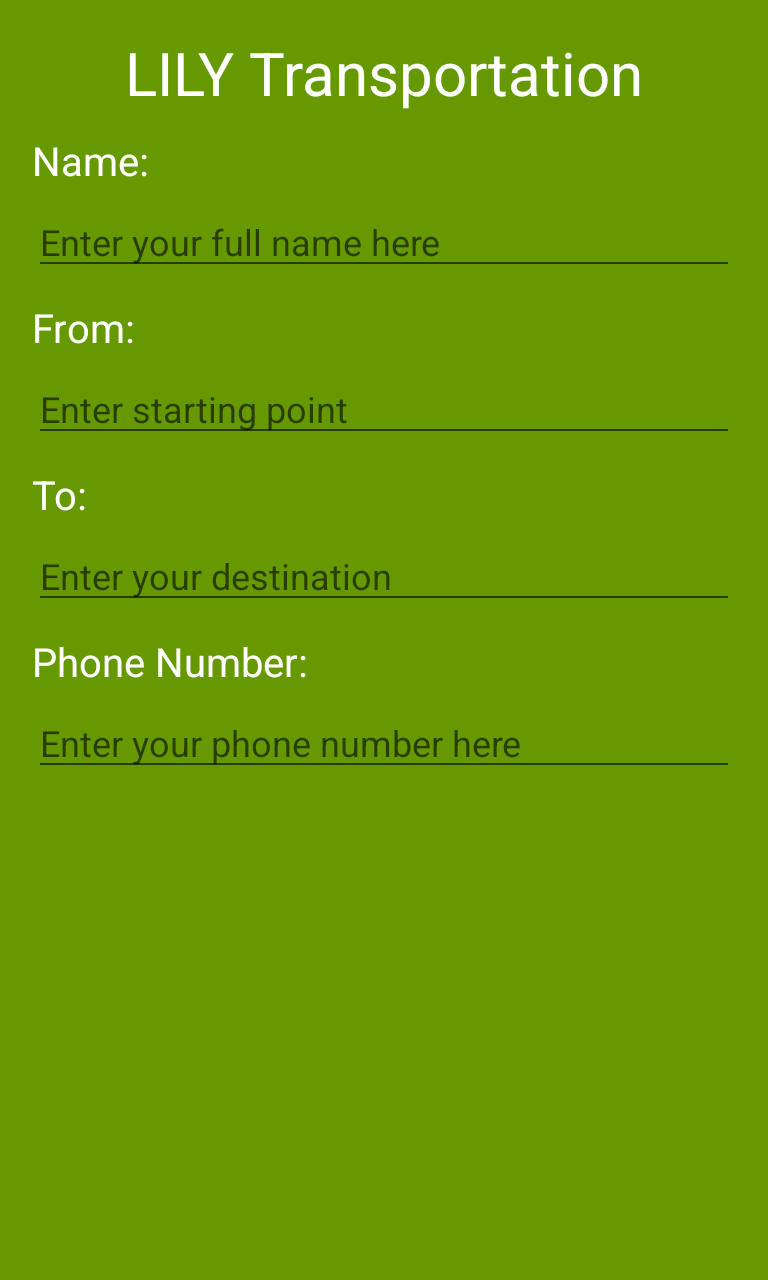
Repository: bwoldemi/LilyTrans
Layout: TransLily/res/layout/activity_main.xml
An editor plug-in stored every save of this project. The layout is shown before and after the next save, followed by the edit.
It is drawn on a 768 x 1280 px phone screen (xhdpi) without system bars, with theme AppTheme; the app's code is not run.

Above is the layout before, as saved 2014-09-20 11:21:22.

After the next save:
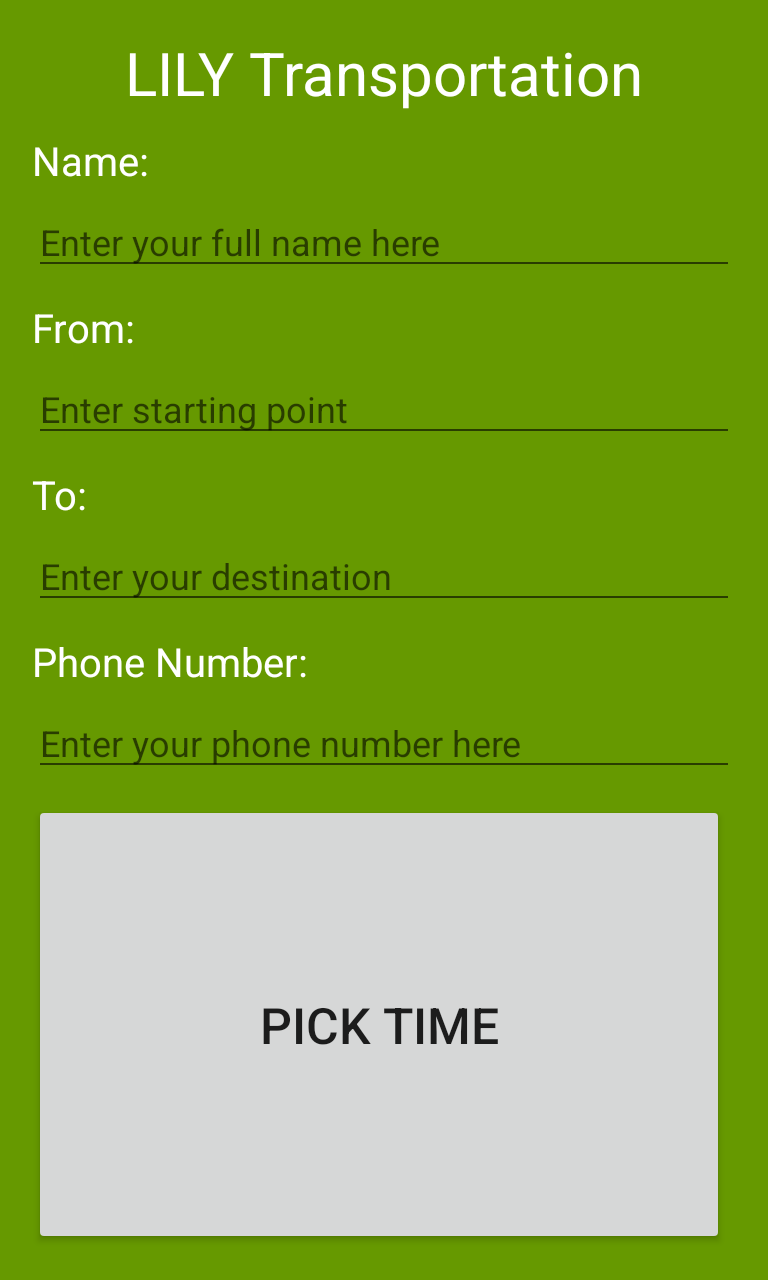
Saved 103 s later.
--- a/TransLily/res/layout/activity_main.xml
+++ b/TransLily/res/layout/activity_main.xml
@@ -8,107 +8,96 @@
     android:paddingLeft="@dimen/activity_horizontal_margin"
     android:paddingRight="@dimen/activity_horizontal_margin"
     android:paddingTop="@dimen/activity_vertical_margin"
-    tools:context="com.example.translily.MainActivity"
-    android:scrollbars="vertical" >
+    android:scrollbars="vertical"
+    tools:context="com.example.translily.MainActivity" >
 
     <TextView
         android:layout_width="fill_parent"
         android:layout_height="wrap_content"
-        android:textColor="#FFF"
+        android:layout_marginBottom="10sp"
         android:gravity="center"
         android:text="@string/lily"
-        android:textSize="30sp"
-        android:layout_marginBottom="10sp"/>
+        android:textColor="#FFF"
+        android:textSize="30sp" />
 
     <TextView
-        android:textColor="#FFF"
-         android:textSize="20sp"
         android:layout_width="fill_parent"
         android:layout_height="wrap_content"
+        android:layout_marginBottom="5sp"
         android:text="@string/senior_name"
-        android:layout_marginBottom="5sp"/>
+        android:textColor="#FFF"
+        android:textSize="20sp" />
 
     <EditText
-        android:textColor="#FFF"
         android:id="@+id/name"
         android:layout_width="fill_parent"
         android:layout_height="wrap_content"
+        android:layout_marginBottom="10sp"
         android:hint="@string/typein_name"
-        android:layout_marginBottom="10sp"/>
+        android:textColor="#FFF" />
 
     <TextView
-        android:textColor="#FFF"
-         android:textSize="20sp"
         android:layout_width="fill_parent"
         android:layout_height="wrap_content"
+        android:layout_marginBottom="5sp"
         android:text="@string/starting_point"
-        android:layout_marginBottom="5sp"/>
+        android:textColor="#FFF"
+        android:textSize="20sp" />
 
     <EditText
-        android:textColor="#FFF"
         android:id="@+id/from"
         android:layout_width="fill_parent"
         android:layout_height="wrap_content"
+        android:layout_marginBottom="10sp"
         android:hint="@string/starting_location"
-        android:layout_marginBottom="10sp"
-       />
+        android:textColor="#FFF" />
 
     <TextView
-        android:textColor="#FFF"
-         android:textSize="20sp"
         android:layout_width="fill_parent"
         android:layout_height="wrap_content"
+        android:layout_marginBottom="5sp"
         android:text="@string/destination_point"
-         android:layout_marginBottom="5sp"/>
+        android:textColor="#FFF"
+        android:textSize="20sp" />
 
     <EditText
-        android:textColor="#FFF"
         android:id="@+id/to"
         android:layout_width="fill_parent"
         android:layout_height="wrap_content"
+        android:layout_marginBottom="10sp"
         android:hint="@string/ending_location"
-        android:layout_marginBottom="10sp" />
+        android:textColor="#FFF" />
 
     <TextView
-        android:textColor="#FFF"
-         android:textSize="20sp"
         android:layout_width="fill_parent"
         android:layout_height="wrap_content"
+        android:layout_marginBottom="5sp"
         android:text="@string/contact_info"
-        android:layout_marginBottom="5sp" />
+        android:textColor="#FFF"
+        android:textSize="20sp" />
 
     <EditText
-        android:textColor="#FFF"
         android:id="@+id/phoneNumber"
         android:layout_width="fill_parent"
         android:layout_height="wrap_content"
+        android:layout_marginBottom="10sp"
         android:hint="@string/phone_number"
         android:inputType="phone"
-        android:layout_marginBottom="10sp" />
+        android:textColor="#FFF" />
 
-    <!--
-        <TableRow
-            android:layout_width="match_parent"
-            android:layout_height="match_parent"
-            android:layout_margin="20sp"
-            android:gravity="center_horizontal" >
+    <Button
+        android:layout_width="match_parent"
+        android:layout_height="match_parent"
+        android:layout_marginRight="5sp"
+        android:onClick="showTimePickerDialog"
+        android:text="@string/pick_time"
+        android:textSize="25sp" />
 
-            <Button
-                android:layout_width="match_parent"
-                android:layout_height="match_parent"
-                android:onClick="showTimePickerDialog"
-                android:text="@string/pick_time"
-                android:layout_marginRight="5sp"
-                android:textSize = "25sp" />
-
-            <Button
-                android:layout_width="match_parent"
-                android:layout_height="wrap_content"
-                android:onClick="showDatePickerDialog"
-                android:text="@string/pick_date" />
-        </TableRow>
-    -->
-
+    <Button
+        android:layout_width="match_parent"
+        android:layout_height="wrap_content"
+        android:onClick="showDatePickerDialog"
+        android:text="@string/pick_date" />
 
     <!--
         <TableRow
@@ -129,8 +118,7 @@
                 android:onClick="offerRide"
                 android:text="@string/button_offerride" />
         </TableRow>
+
     -->
 
-
-
 </LinearLayout>
